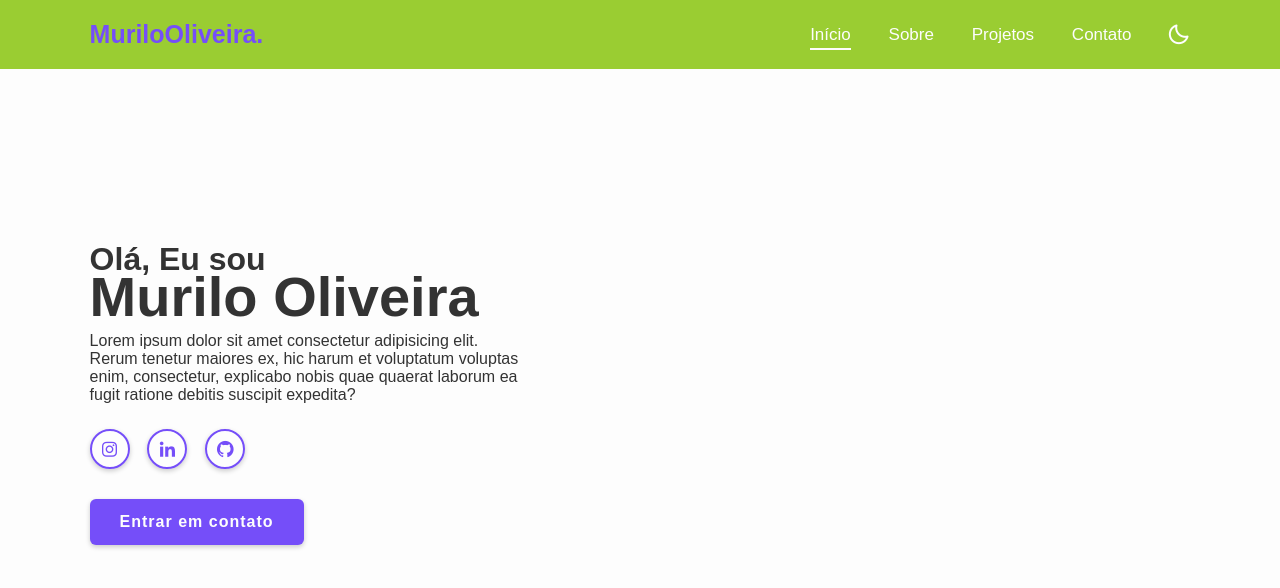
Repository: devMuriloOliveira/Portfolio-
Page: index.html
These files come from the project's save history. The page is drawn as it stood at one moment and after the next save; the edit follows.
The browser window is 1280 px wide. The pictures show the whole page.

Above is the page before, as saved 2023-03-11 14:53:02.

After the next save:
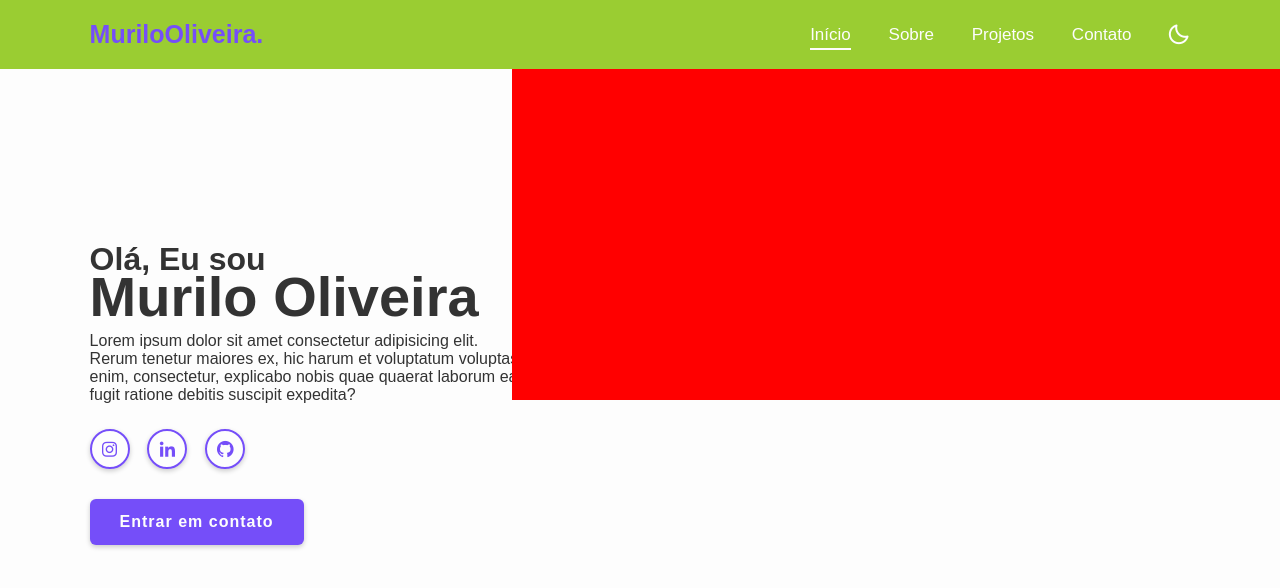
Saved 28 s later.
--- a/style.css
+++ b/style.css
@@ -148,4 +148,7 @@ section{
   transform: translateY(-50%);
   width: 768px;
   height: 768px;
+  background: red;
+  overflow: hidden;
+  pointer-events: none;
 }
